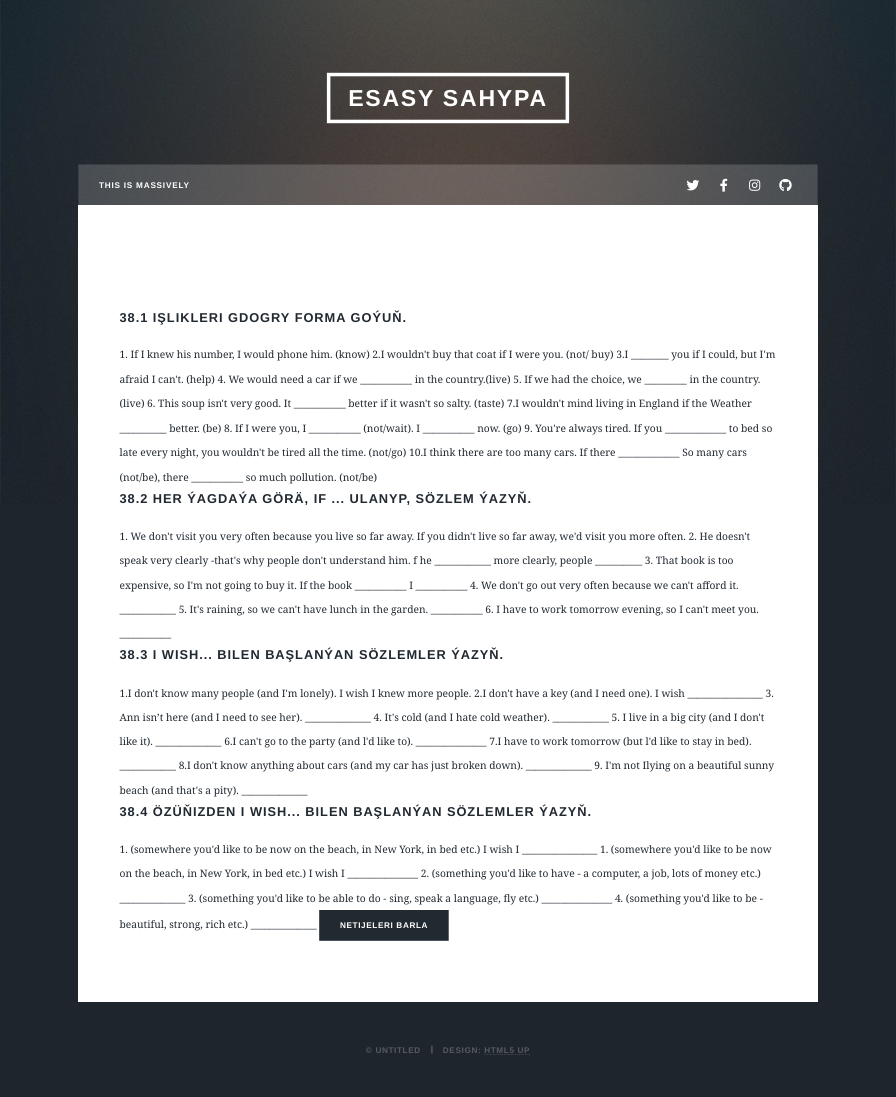
Repository: Sahet-dev/English-grammar-app
Page: test/test_unit _38.html
These files come from the project's save history. The page is drawn as it stood at one moment and after the next save; the edit follows.
The browser window is 1280 px wide. The pictures show the part of the page from y = 0 to 1920 px (the page is 1567 px tall before and 2926 px after), at 70% of full size.
Some web fonts or font styles are not loaded; a fallback is used.

Above is the page before, as saved 2022-06-24 17:20:20.

After the next save:
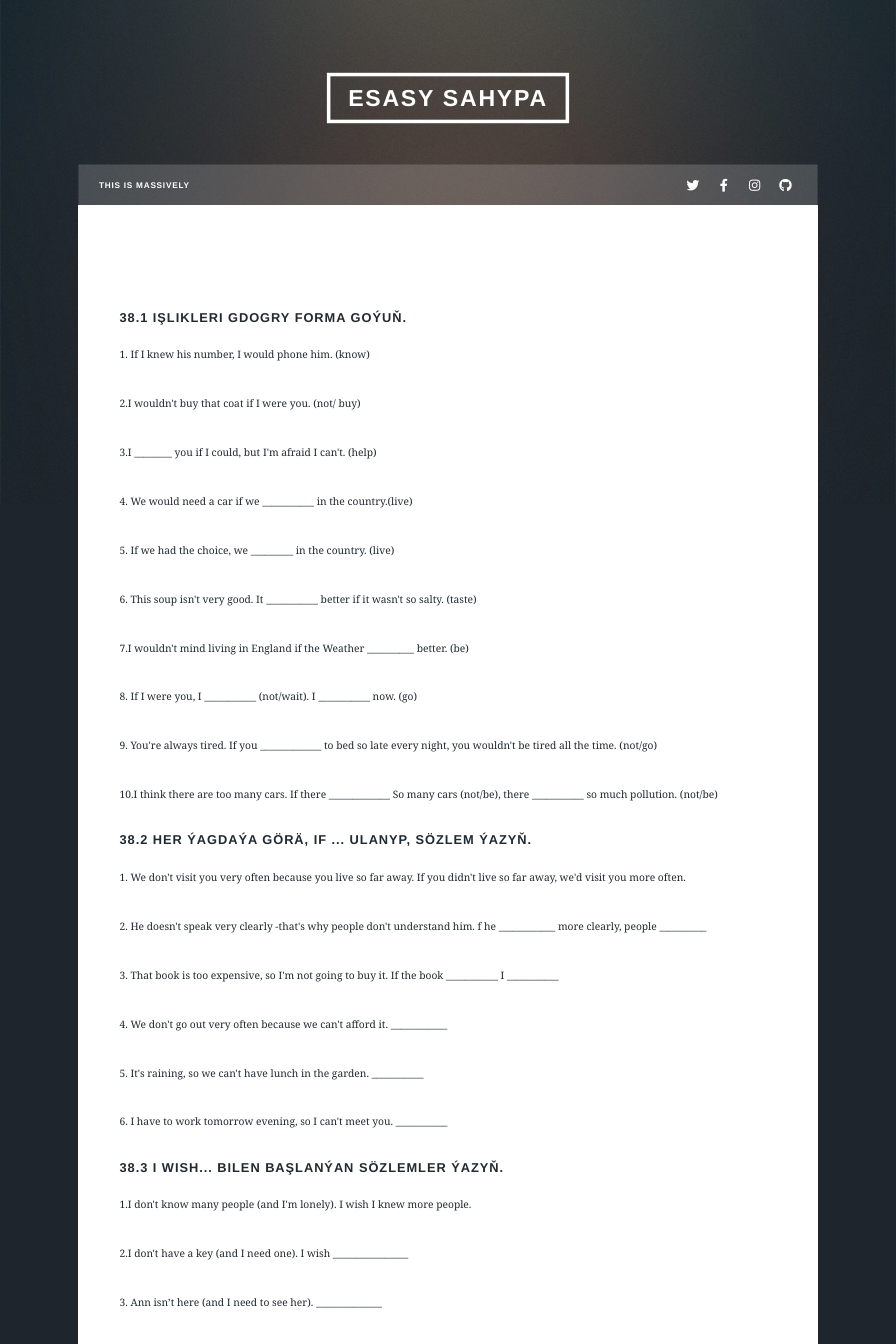
Saved 78 s later.
--- a/test/test_unit _38.html
+++ b/test/test_unit _38.html
@@ -60,36 +60,36 @@
 
 														1. If I knew his number, I would phone him.
 														(know)
-
+														<br><br>
 														2.I wouldn't buy that coat if I were you. (not/
 														buy)
-
+														<br><br>
 														3.I ________ you if I could, but I'm afraid I can't.
 														(help)
-
+														<br><br>
 														4. We would need a car if we  ___________ in the
 
 														country.(live)
-
+														<br><br>
 														5. If we had the choice, we _________ in the country. (live)
-
+														<br><br>
 														6. This soup isn't very good. It  ___________ better if it
 														wasn't so salty. (taste)
-
+														<br><br>
 														7.I wouldn't mind living in England if the
 														Weather __________  better. (be)
-
+														<br><br>
 														8. If I were you, I   ___________ (not/wait). I   ___________ now.
 														(go)
-
+														<br><br>
 														9. You're always tired. If you    _____________  to bed so
 														late every night, you wouldn't be tired all the
 														time. (not/go)
-
+														<br><br>
 
 														10.I think there are too many cars. If there   _____________ So many cars (not/be), there   ___________
 														so much pollution. (not/be)
-
+														<br><br>
 													<h3>38.2
 
 														Her ýagdaýa görä, If ... ulanyp, sözlem ýazyň.</h3>
@@ -97,73 +97,70 @@
 														1. We don't visit you very often because you live
 														so far away. If you didn't live so far away, we'd
 														visit you more often.
-
+														<br><br>
 														2. He doesn't speak very clearly -that's why
 														people don't understand him. f he ____________
 														more clearly, people  __________
-
+														<br><br>
 														3. That book is too expensive, so I'm not going
 														to buy it. If the book ___________ I ___________
-
+														<br><br>
 														4. We don't go out very often because we can't
 														afford it.  ____________
-
+														<br><br>
 														5. It's raining, so we can't have lunch in the
 														garden. ___________
-
+														<br><br>
 														6. I have to work tomorrow evening, so I can't
 														meet you. ___________
-
+														<br><br>
 													<h3>38.3
 
 														I wish... bilen başlanýan sözlemler ýazyň.</h3>
 
 														1.I don't know many people (and I'm lonely). I
 														wish I knew more people.
-
+														<br><br>
 														2.I don't have a key (and I need one). I wish  ________________
-
+														<br><br>
 														3. Ann isn’t here (and I need to see her). ______________
-
+														<br><br>
 														4. It's cold (and I hate cold weather). ____________
-
+														<br><br>
 														5. I live in a big city (and I don't like it).  ______________
-
+														<br><br>
 
 														6.I can't go to the party (and l'd like to).   _______________
-
+														<br><br>
 														7.I have to work tomorrow (but l'd like to stay
 														in bed).  ____________
-
+														<br><br>
 														8.I don't know anything about cars (and my car
 														has just broken down). ______________
 
-
+														<br><br>
 														9. I'm not Ilying on a beautiful sunny beach (and
 														that's a pity).    ______________
-
+														<br><br>
 													<h3>38.4
 
 														Özüňizden I wish... bilen başlanýan sözlemler ýazyň.</h3>
 
-
-														1. (somewhere you'd like to be now on
-														the beach, in New York, in bed etc.) I wish I ________________
 
 
 
 														1. (somewhere you'd like to be now on
 														the beach, in New York, in bed etc.) I wish I _______________
 
-
+														<br><br>
 
 
 														2. (something you'd like to have - a computer, a
 														job, lots of money etc.)  ______________
-
+														<br><br>
 														3. (something you'd like to be able to do - sing,
 														speak a language, fly etc.)  _______________
-
+														<br><br>
 														4. (something you'd like to be - beautiful,
 														strong, rich etc.)   ______________
 
@@ -173,7 +170,7 @@
 
 
 
-
+														<br><br>
 
 
 
